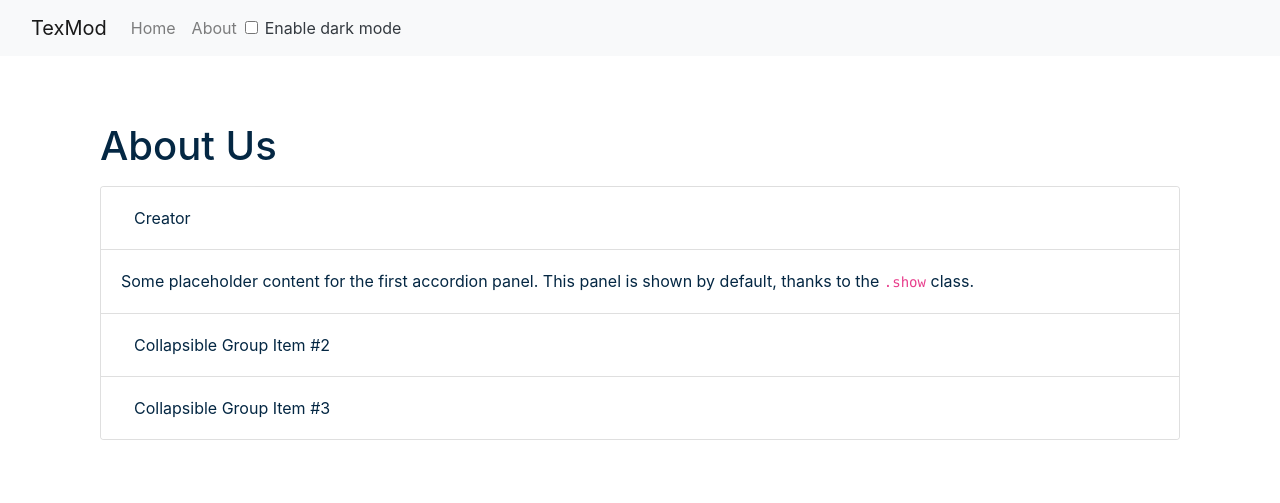
Repository: Ayush-dixit-15/TexMod
Page: /about
These files come from the project's save history. The page is drawn as it stood at one moment and after the next save; the edit follows.
The browser window is 1280 px wide. The pictures show the whole page.
The project was rebuilt for these pictures with package versions that can differ from the ones it lists, and the page was loaded fresh each time. Also part of the build but not shown: src/index.css, src/App.css, src/components/TextForm.js.

Above is the page before, as saved 2022-07-01 20:01:12.

### public/index.html
<!DOCTYPE html>
<html lang="en">
  <head>
    <meta charset="utf-8" />
    <link rel="icon" href="%PUBLIC_URL%/favicon.ico" />
    <meta name="viewport" content="width=device-width, initial-scale=1" />
    <meta name="theme-color" content="#000000" />
    <meta
      name="description"
      content=""
    />
    <link rel="apple-touch-icon" href="%PUBLIC_URL%/logo192.png" />
    <link rel="manifest" href="%PUBLIC_URL%/manifest.json" />
    <link rel="stylesheet" href="https://cdn.jsdelivr.net/npm/bootstrap@4.6.1/dist/css/bootstrap.min.css" integrity="sha384-zCbKRCUGaJDkqS1kPbPd7TveP5iyJE0EjAuZQTgFLD2ylzuqKfdKlfG/eSrtxUkn" crossorigin="anonymous">
    <link rel="apple-touch-icon" sizes="57x57" href="/apple-icon-57x57.png">
    <link rel="apple-touch-icon" sizes="57x57" href="/apple-icon-57x57.png">
    <link rel="apple-touch-icon" sizes="60x60" href="/apple-icon-60x60.png">
    <link rel="apple-touch-icon" sizes="72x72" href="/apple-icon-72x72.png">
    <link rel="apple-touch-icon" sizes="76x76" href="/apple-icon-76x76.png">
    <link rel="apple-touch-icon" sizes="114x114" href="/apple-icon-114x114.png">
    <link rel="apple-touch-icon" sizes="120x120" href="/apple-icon-120x120.png">
    <link rel="apple-touch-icon" sizes="144x144" href="/apple-icon-144x144.png">
    <link rel="apple-touch-icon" sizes="152x152" href="/apple-icon-152x152.png">
    <link rel="apple-touch-icon" sizes="180x180" href="/apple-icon-180x180.png">
    <link rel="icon" type="image/png" sizes="192x192"  href="/android-icon-192x192.png">
    <link rel="icon" type="image/png" sizes="32x32" href="/favicon-32x32.png">
    <link rel="icon" type="image/png" sizes="96x96" href="/favicon-96x96.png">
    <link rel="icon" type="image/png" sizes="16x16" href="/favicon-16x16.png">
    <link rel="manifest" href="/manifest.json">
    <meta name="msapplication-TileColor" content="#ffffff">
    <meta name="msapplication-TileImage" content="/ms-icon-144x144.png">
    <meta name="theme-color" content="#ffffff">
    <title>TexMod</title>
  </head>
  <body>

    <div id="root"></div>
    <script src="https://cdn.jsdelivr.net/npm/jquery@3.5.1/dist/jquery.slim.min.js" integrity="sha384-DfXdz2htPH0lsSSs5nCTpuj/zy4C+OGpamoFVy38MVBnE+IbbVYUew+OrCXaRkfj" crossorigin="anonymous"></script>
    <script src="https://cdn.jsdelivr.net/npm/bootstrap@4.6.1/dist/js/bootstrap.bundle.min.js" integrity="sha384-fQybjgWLrvvRgtW6bFlB7jaZrFsaBXjsOMm/tB9LTS58ONXgqbR9W8oWht/amnpF" crossorigin="anonymous"></script>
  </body>
</html>

### src/App.js
import './App.css';
import Navbar from './components/Navbar';
import TextForm from './components/TextForm';
import About from './components/About';
import React, { useState } from 'react';
import Alert from './components/Alert';
import {
  BrowserRouter as Router,
  Switch,
  Route
} from "react-router-dom";


function App() {
  const [mode, setMode] = useState('light'); // Whether dark mode is enabled or not
  const [alert, setAlert] = useState(null);

  const showAlert = (message, type)=>{
      setAlert({
        msg: message,
        type: type
      })
      setTimeout(() => {
          setAlert(null);
      }, 1500);
  }

  const toggleMode = ()=>{
    if(mode === 'light'){
      setMode('dark');
      document.body.style.backgroundColor = '#042743';
      showAlert("Dark mode has been enabled", "success");
    }
    else{
      setMode('light');
      document.body.style.backgroundColor = 'white';
      showAlert("Light mode has been enabled", "success");
    }
  }
  return (
    <>
    <Router>
    <Navbar title="TexMod" mode={mode} toggleMode={toggleMode} key={new Date()} />
    <Alert alert={alert}/>
    <div className="container my-3">
    <Switch>
    {/* /users --> Component 1
        /users/home --> Component 2 */}
          <Route exact path="/about">
            <About mode={mode} />
          </Route>
          <Route exact path="/">
            <TextForm showAlert={showAlert} heading="TexMod" mode={mode}/>
          </Route>
    </Switch>
    </div>
    </Router>
    </>
  );
}

export default App;

### src/components/Navbar.js
import React from "react";
import PropTypes from "prop-types";
import { Link } from "react-router-dom";

export default function Navbar(props) {
  return (
    <nav
      className={`navbar navbar-expand-lg navbar-${props.mode} bg-${props.mode}`}
    >
      <div className="container-fluid">
        <Link className="navbar-brand" to="/">
          {props.title}
        </Link>
        <button
          className="navbar-toggler"
          type="button"
          data-bs-toggle="collapse"
          data-bs-target="#navbarSupportedContent"
          aria-controls="navbarSupportedContent"
          aria-expanded="false"
          aria-label="Toggle navigation"
        >
          <span className="navbar-toggler-icon"></span>
        </button>
        <div className="collapse navbar-collapse" id="navbarSupportedContent">
          <ul className="navbar-nav me-auto mb-2 mb-lg-0">
            <li className="nav-item">
              <Link className="nav-link" aria-current="page" to="/">
                Home
              </Link>
            </li>
            <li className="nav-item">
              <Link className="nav-link" to="/about">
                {props.aboutText}
              </Link>
            </li>
          </ul>
          <div
            className={`form-check form-switch text-${
              props.mode === "light" ? "dark" : "light"
            }`}
          >

            <input class="form-check-input"   onClick={props.toggleMode} type="checkbox" role="switch" id="flexSwitchCheckDefault"/>
  <label class="form-check-label" for="flexSwitchCheckDefault">  Enable dark mode</label>
          </div>
        </div>
      </div>
    </nav>
  );
}

Navbar.propTypes = {
  title: PropTypes.string.isRequired,
  aboutText: PropTypes.string.isRequired,
};

Navbar.defaultProps = {
  title: "Set title here",
  aboutText: "About",
};

### src/components/About.js
import React from 'react'

export default function About(props) {

    // const [myStyle, setMyStyle] = useState({
    //     color: 'black',
    //     backgroundColor: 'white'
    // })
    let myStyle = {
        color: props.mode ==='dark'?'white':'#042743',
        backgroundColor: props.mode ==='dark'?'rgb(36 74 104)':'white',
    }

    return (
        <div className="container" style={myStyle}>
            <h1 className="my-3" style={{color: props.mode ==='dark'?'white':'#042743'}}>About Us</h1>
            <div class="accordion" id="accordionExample" style={myStyle}>
  <div class="card">
    <div class="card-header" id="headingOne" style={myStyle}>
      <h2 class="mb-0">
        <button class="btn btn-link btn-block text-left collapsed" type="button" data-toggle="collapse" data-target="#collapseOne" aria-expanded="true" aria-controls="collapseOne" style={myStyle}>
          Creator
        </button>
      </h2>
    </div>

    <div id="collapseOne" class="collapse show" aria-labelledby="headingOne" data-parent="#accordionExample">
      <div class="card-body">
        Some placeholder content for the first accordion panel. This panel is shown by default, thanks to the <code>.show</code> class.
      </div>
    </div>
  </div>
  <div class="card">
    <div class="card-header" id="headingTwo" style={myStyle}>
      <h2 class="mb-0">
        <button class="btn btn-link btn-block text-left collapsed" type="button" data-toggle="collapse" data-target="#collapseTwo" aria-expanded="false" aria-controls="collapseTwo" style={myStyle}>
          Collapsible Group Item #2
        </button>
      </h2>
    </div>
    <div id="collapseTwo" class="collapse" aria-labelledby="headingTwo" data-parent="#accordionExample">
      <div class="card-body">
        Some placeholder content for the second accordion panel. This panel is hidden by default.
      </div>
    </div>
  </div>
  <div class="card">
    <div class="card-header" id="headingThree" style={myStyle}>
      <h2 class="mb-0">
        <button class="btn btn-link btn-block text-left collapsed" type="button" data-toggle="collapse" data-target="#collapseThree" aria-expanded="false" aria-controls="collapseThree" style={myStyle}>
          Collapsible Group Item #3
        </button>
      </h2>
    </div>
    <div id="collapseThree" class="collapse" aria-labelledby="headingThree" data-parent="#accordionExample">
      <div class="card-body">
        And lastly, the placeholder content for the third and final accordion panel. This panel is hidden by default.
      </div>
    </div>
  </div>
</div>
        </div>
    )
}

Loaded but not shown: src/index.js (common file); src/reportWebVitals.js (common file); src/components/Alert.js (common file)

After the next save:
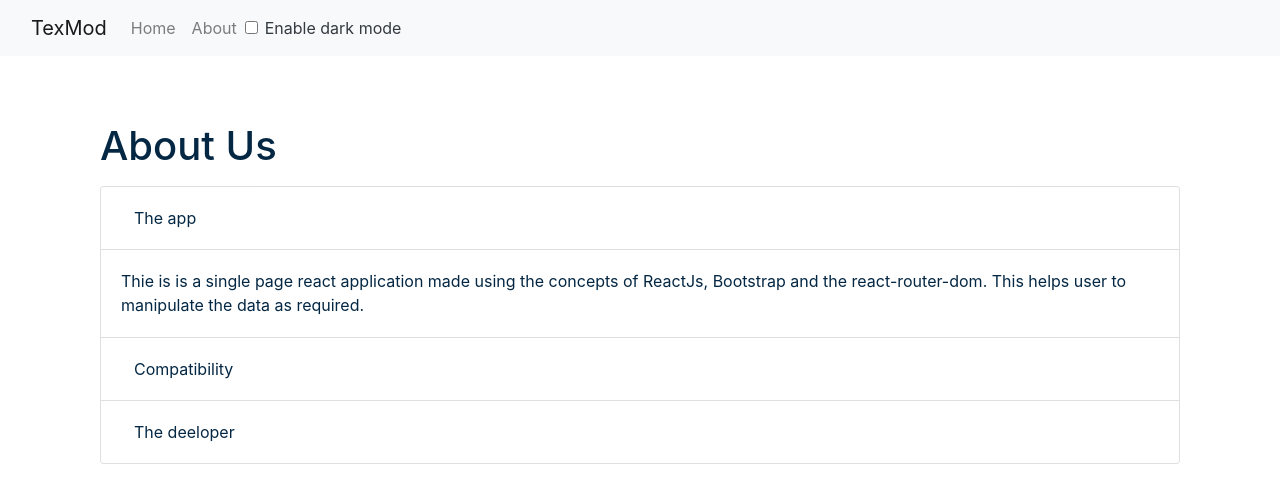
Saved 7 min 56 s later.
--- a/src/components/About.js
+++ b/src/components/About.js
@@ -19,14 +19,14 @@ export default function About(props) {
     <div class="card-header" id="headingOne" style={myStyle}>
       <h2 class="mb-0">
         <button class="btn btn-link btn-block text-left collapsed" type="button" data-toggle="collapse" data-target="#collapseOne" aria-expanded="true" aria-controls="collapseOne" style={myStyle}>
-          Creator
+          The app
         </button>
       </h2>
     </div>
 
     <div id="collapseOne" class="collapse show" aria-labelledby="headingOne" data-parent="#accordionExample">
       <div class="card-body">
-        Some placeholder content for the first accordion panel. This panel is shown by default, thanks to the <code>.show</code> class.
+         Thie is is a single page react application made using the concepts of ReactJs, Bootstrap and the react-router-dom. This helps user to manipulate the data as required.
       </div>
     </div>
   </div>
@@ -34,13 +34,13 @@ export default function About(props) {
     <div class="card-header" id="headingTwo" style={myStyle}>
       <h2 class="mb-0">
         <button class="btn btn-link btn-block text-left collapsed" type="button" data-toggle="collapse" data-target="#collapseTwo" aria-expanded="false" aria-controls="collapseTwo" style={myStyle}>
-          Collapsible Group Item #2
+          Compatibility
         </button>
       </h2>
     </div>
     <div id="collapseTwo" class="collapse" aria-labelledby="headingTwo" data-parent="#accordionExample">
       <div class="card-body">
-        Some placeholder content for the second accordion panel. This panel is hidden by default.
+       This react applicaion is compatible to all sorts of web browsers be it Chrome, Eplorer, Firefox or Opera.
       </div>
     </div>
   </div>
@@ -48,13 +48,13 @@ export default function About(props) {
     <div class="card-header" id="headingThree" style={myStyle}>
       <h2 class="mb-0">
         <button class="btn btn-link btn-block text-left collapsed" type="button" data-toggle="collapse" data-target="#collapseThree" aria-expanded="false" aria-controls="collapseThree" style={myStyle}>
-          Collapsible Group Item #3
+         The deeloper
         </button>
       </h2>
     </div>
     <div id="collapseThree" class="collapse" aria-labelledby="headingThree" data-parent="#accordionExample">
       <div class="card-body">
-        And lastly, the placeholder content for the third and final accordion panel. This panel is hidden by default.
+       The tex-mod application is devloped by Ayush Dixit, an Undergrad at Bharati Vidyapeeth College of Engineering, New Delhi .
       </div>
     </div>
   </div>
